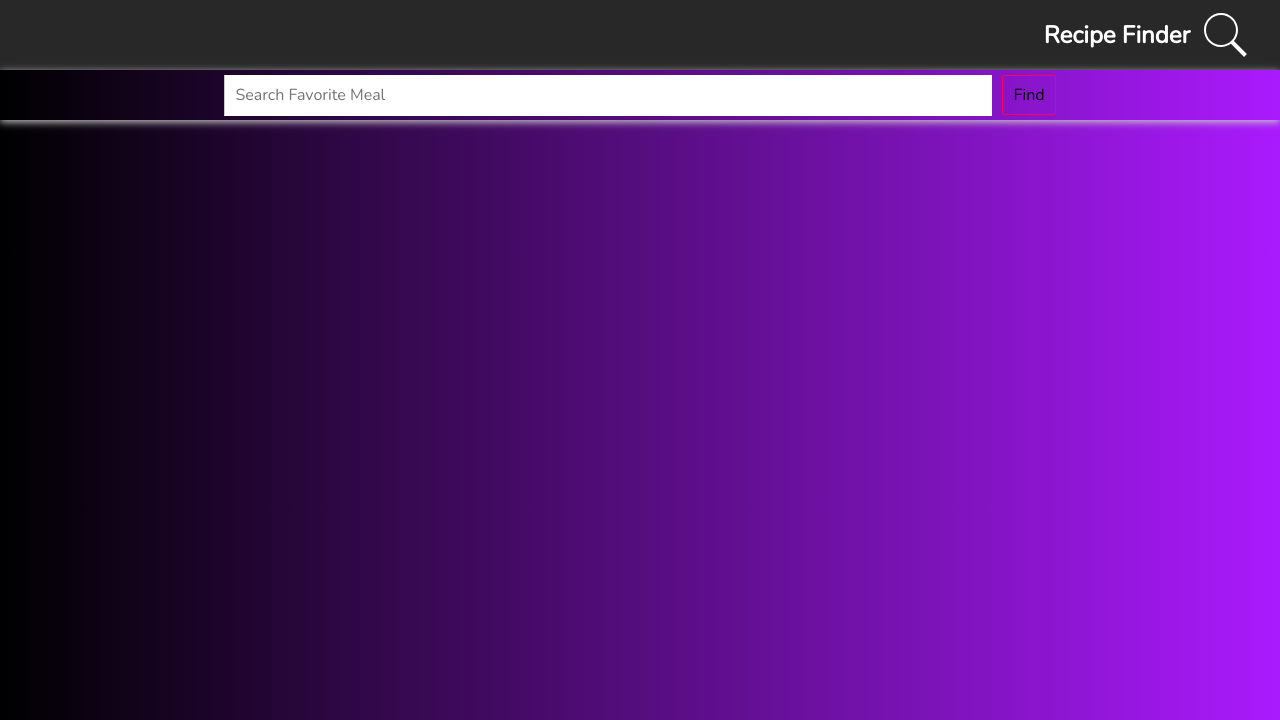
Repository: burntaftermint/recipes
Page: index.html
The author's editor kept a copy of each file at every save. The page is drawn from the files as they stood at one save, then again after the next save.
The browser window is 1280 px wide. The pictures show the whole page.
The page's requests for data from a server got no answer.

Above is the page before, as saved 2023-11-07 03:35:34.

### index.html
<!DOCTYPE html>
<html lang="en">
<head>
    <meta charset="UTF-8">
    <meta name="viewport" content="width=device-width, initial-scale=1.0">
    <title>Recipe Finder</title>
    <link rel="stylesheet" href="style.css">
    <script src="app.js" defer></script>
</head>
<body>
    <header>
        <h2>Recipe Finder</h2>
        <img src="images/search.svg" alt="Search">
    </header>
    <section class="container">
        <div id="loading"></div>
        <div class="search">
            <input id="txtSearch" type="text" placeholder="Search Favorite Meal" autofocus>
            <button class="btn">Find</button>
        </div>
        <div id="recipe-container">

</div>
    </section>
</body>
</html>

### style.css
@import url('https://fonts.googleapis.com/css2?family=Architects+Daughter&family=Kumbh+Sans:wght@400;700&family=Montserrat:ital,wght@0,100;0,200;0,300;0,400;0,500;0,600;0,700;0,800;0,900;1,100;1,200;1,300;1,400;1,500;1,600;1,700;1,800;1,900&family=Nunito&family=Roboto:wght@300&family=Rubik:wght@400;500;600;700;800&display=swap');
:root {
    --light-color: #fff;
    --dark-color: #282828;
    --header-height: 70px;
    --search-height: 50px;
    --border-color: #ccc;
}
* {
    margin: 0;
    padding: 0;
    box-sizing: border-box;
    font-family: 'Nunito', sans-serif;
}

body {
    height: 100vh;
    width: 100vw;
    background: linear-gradient(to right, #000000, #aa1afd);
    overflow: hidden;
}

.container {
    text-align: center;
    height: calc(100vh - var(--header-height));
}

header {
    height: var(--header-height);
    background: var(--dark-color);
    display: flex;
    align-items: center;
    justify-content: flex-end;
    color: var(--light-color);
    gap: 10px;
    padding-right: 30px;
}

header img {
    filter: invert(1);
}

.search {
    display: flex;
    justify-content: center;
    align-items: center;
    height: var(--search-height);
    gap: 10px;
    box-shadow: 0px 2px 8px 0px var(--border-color);
}

.search input[type="text"] {
    padding: 8px 10px;
    line-height: 1.5;
    font-size: 1rem;
    border: none;
    border-left: 1px solid var(--border-color);
    border-bottom: 1px solid transparent;
    outline: none;
    transition: all 200ms ease-in-out;
    width: 60%;

}

.search input[type="text"] :focus {
    border-left-color: transparent;
    border-bottom-color: var(--border-color);
    width: 61%;
}

.btn {
    padding: 8px 10px;
    background: transparent;
    border-radius: 2px;
    user-select: none;
    font-size: 1rem;
    border: 1px solid #ff005d;
    cursor: pointer;
}

.btn:hover {
    background: #ff005d;
    border-color: var(--light-color);
}

#recipe-container {
    display: flex;
    justify-content: center;
    align-items: flex-start;
    flex-wrap: wrap;
    height: calc(100vh - (var(--header-height) + var(--search-height) + 20px));
    overflow: hidden;
    overflow-y: auto;
}

.recipe {
    height: 300px;
    width: 300px;
    padding: 8px;
    box-shadow: 0px 0px 8px 2px #e6e6e6;
    margin: 20px;
    transition: all 200ms ease-in-out;
    border-radius: 4px 4px 0px 0px;
    background: linear-gradient(to top, #fff6d4, #fca8ff)
}

.recipe-title {
    height: 70px;
    display: flex;
    align-items: center;
    justify-content: center;
    font-size: 1rem;
    padding: 5px;
}

.recipe-image {
    height: 210px;
}

.recipe-image img {
    height: 100%;
    width: 100%;
}

.recipe-text {
    height: 0px;
    visibility: hidden;
    opacity: 0;
    transition: all 200ms ease-in-out;
    background: #ccc;
    margin-top: 20px;
    overflow: hidden;
    overflow-y: auto;
    transform: scale(.8);
    transform-origin: top left;
}

.recipe-text ul {
    list-style-type: circle;
    list-style-position: inside;
    text-align: left;
    padding: 5px;
}

.recipe-text ul > li {
    padding: 5px;
}

.recipe:hover .recipe-text {
    height: 120px;
    visibility: visible;
    opacity: 1;
    transform: scale(1);
}

.recipe:hover{
    height: 440px;
}

::selection {
    color: var(--light-color);
    background: rgb(177, 33, 249);
}

#loading {
    background: url(images/Spinnercolor.gif) no-repeat center center;
    position: absolute;
    width: 100%;
    height: 100%;
    z-index: 999;
}

.hide {
    display: none;
}

@media only screen and (max-width: 700px) {
    body{
        background: linear-gradient(to right, #fff6d4, #3f9bfe);
    }
    .recipe {
        background: linear-gradient(to top, #fff6d4, #fca8ff);
    }
}

### app.js
const appId = "4b9421ae";
const appKey = "bbff63d7d53d545896d77f31eca36816";
const baseUrl = `https://api.edamam.com/api/recipes/v2?type=public&app_id=${appId}&app_key=${appKey}`;
const recipeContainer = document.querySelector("#recipe-container");
const txtSearch = document.querySelector("#txtSearch");
const btnFind = document.querySelector(".btn");
const loadingEle = document.querySelector("#loading");

btnFind.addEventListener("click", () => loadRecipes(txtSearch.value));

txtSearch.addEventListener("keyup", (e) => {
    const inputVal = txtSearch.value;
    if (e.keyCode === 13) {
        loadRecipes(inputVal);
    }
});

const toggleLoad = (element, isShow) => {
    element.classList.toggle("hide", isShow);
}
const setScrollPosition = () => {
    recipeContainer.scrollTo({ top:0, behavior: "smooth" });
}
function loadRecipes(type="panner") {
    toggleLoad(loadingEle, false)
    const url=baseUrl+ `&q=${type}`;
    fetch(url)
    .then((res) => res.json())
    .then((data) => {
        renderRecipes(data.hits);
        toggleLoad(loadingEle, true);
    })
    .catch((error) => toggleLoad(loadingEle, true))
    .finally(() => setScrollPosition());
}
loadRecipes();

const getRecipeStepsStr = (ingredientLines = []) => {
    let str = "";
    for(var step of ingredientLines) {
        str = str + `<li>${step}</li>`;
    }
    return str;
};

const renderRecipes = (recipeList=[]) => {
    recipeContainer.innerHTML = "";
    recipeList.forEach((recipeObj) => {
            const {
                label: recipeTitle,
                 ingredientLines,
                  image:recipeImage
                } = recipeObj.recipe;
                const recipeStepsStr = getRecipeStepsStr(ingredientLines);
        const htmlStr = `<div class="recipe">
                <div class="recipe-title">${recipeTitle}</div>
                <div class="recipe-image">
                    <img src="${recipeImage}" alt="Recipe">
                </div>


        <div class="recipe-text">
            <ul>
                ${recipeStepsStr}
            </ul>
        </div>
    </div>`;
    recipeContainer.insertAdjacentHTML("beforeend", htmlStr);
    })
}

After the next save:
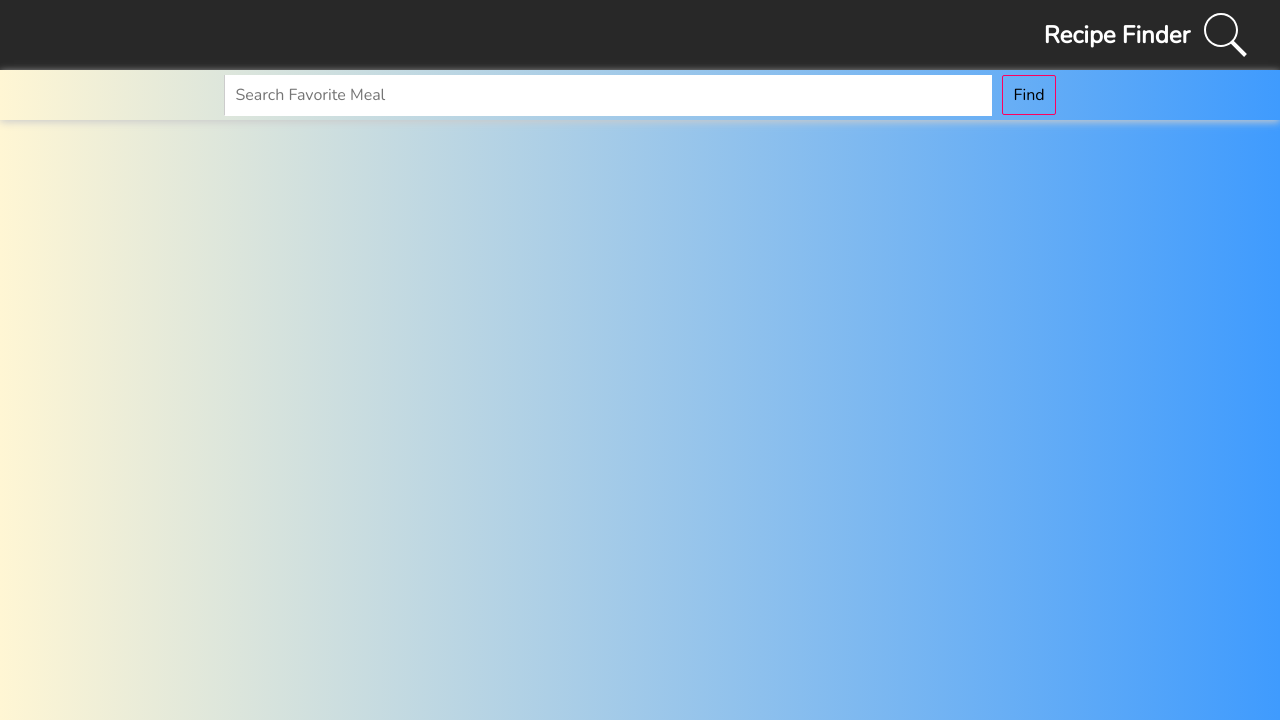
Saved 23 s later.
--- a/style.css
+++ b/style.css
@@ -16,7 +16,7 @@
 body {
     height: 100vh;
     width: 100vw;
-    background: linear-gradient(to right, #000000, #aa1afd);
+    background: linear-gradient(to right, #fff6d4, #3f9bfe);
     overflow: hidden;
 }
 
@@ -97,11 +97,11 @@ header img {
     height: 300px;
     width: 300px;
     padding: 8px;
-    box-shadow: 0px 0px 8px 2px #e6e6e6;
+    box-shadow: 0px 0px 8px 2px #282828;
     margin: 20px;
     transition: all 200ms ease-in-out;
     border-radius: 4px 4px 0px 0px;
-    background: linear-gradient(to top, #fff6d4, #fca8ff)
+
 }
 
 .recipe-title {
